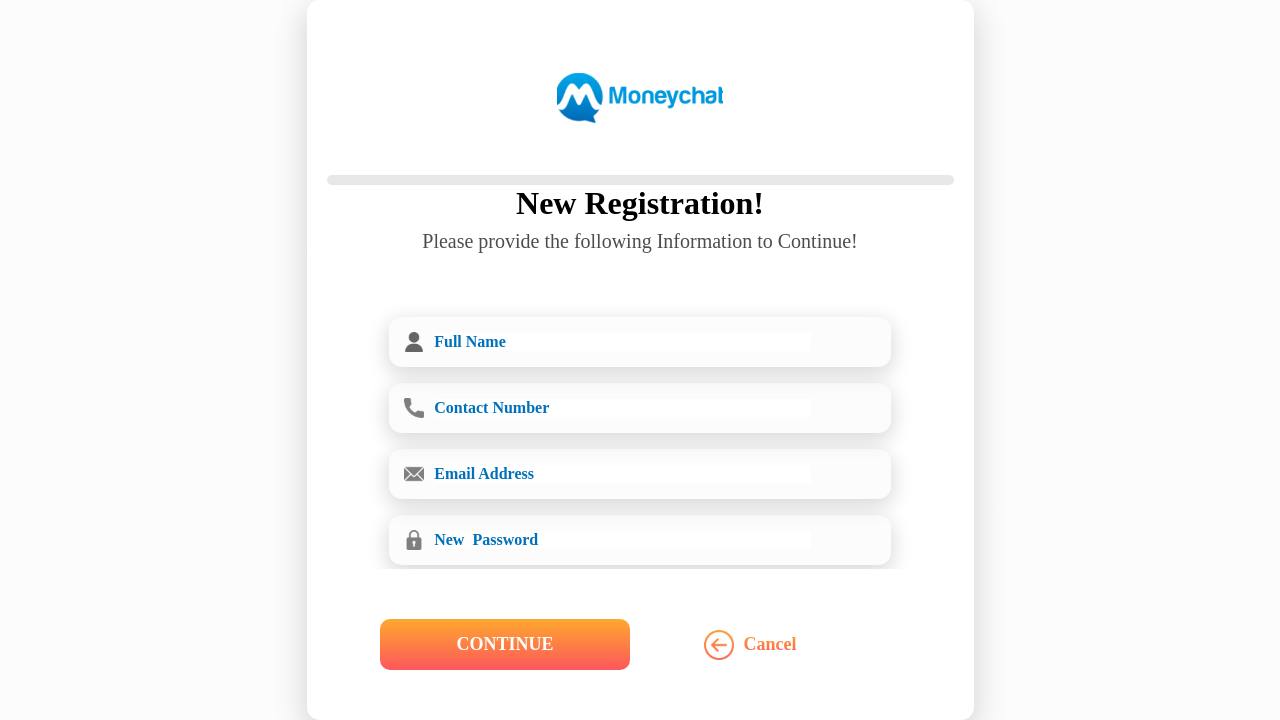
Repository: FlyweisReact/Money-Chat
Page: /register
An editor plug-in stored every save of this project. The page is shown before and after the next save, followed by the edit.
The browser window is 1280 px wide. The pictures show the whole page.
The project was rebuilt for these pictures with package versions that can differ from the ones it lists, and the page was loaded fresh each time. Also part of the build but not shown: src/forms/Login.jsx.

Above is the page before, as saved 2023-11-29 15:07:39.

### src/index.js
import React from "react";
import ReactDOM from "react-dom/client";
import "./index.css";
import App from "./App";
import { BrowserRouter } from "react-router-dom";
import 'bootstrap/dist/css/bootstrap.min.css'
// Commit Changes
const root = ReactDOM.createRoot(document.getElementById("root"));
root.render(
  <React.StrictMode>
    <BrowserRouter>
      <App />
    </BrowserRouter>
  </React.StrictMode>
);

### src/index.css
/** @format */

@tailwind base;
@tailwind components;
@tailwind utilities;

body {
  margin: 0;
  font-family: Quicksand !important;
  -webkit-font-smoothing: antialiased;
  -moz-osx-font-smoothing: grayscale;
}

code {
  font-family: Quicksand !important;
}

html {
  font-family: Quicksand !important;
}

::-webkit-scrollbar {
  width: 10px;
}
.fa-trash {
  color: red;
  cursor: pointer;
}

.iCOn {
  transition: 0.5s;
  box-shadow: none;
  transform: scale(1);
}
.cardDiv {
  cursor: pointer;
  width: 350px;
}
.CardDiv_Container {
  display: flex;
  flex-wrap: wrap;
  justify-content: center;
}

.cardDiv:hover .iCOn {
  box-shadow: rgba(0, 0, 0, 0.35) 0px 5px 15px;
  transform: scale(1.3);
}

/* Track */
::-webkit-scrollbar-track {
  background: #f1f1f1;
}

/* Handle */
::-webkit-scrollbar-thumb {
  background: #888;
}

/* Handle on hover */
::-webkit-scrollbar-thumb:hover {
  background: #555;
}
.profileImage {
  width: 100px;
}
.fa-eye {
  color: #029aff;
  cursor: pointer;
}
.fa-edit {
  cursor: pointer;
  color: blue;
}

.View {
  border: 1px solid black;
  width: 100%;
  padding: 10px;
}

.main-card--container {
  display: grid;
  grid-template-columns: repeat(3, minmax(300px, 500px));
  grid-gap: 50px;
  justify-content: space-around;
}
.card-container {
  margin: 25px 0 auto;
  box-shadow: rgba(0, 0, 0, 0.35) 0px 5px 15px;
  position: relative;
  display: grid;
  grid-template-columns: 1fr;
  justify-content: space-around;
  align-items: flex-start;
}

.myEdit:focus {
  box-shadow: rgba(0, 0, 0, 0.35) 0px 5px 15px;
}

.AstroLogin {
  color: #fff;
  background-color: #2b7a8e;
  padding: 10px;
  width: 380px;
  text-align: center;
  font-size: 20px;
  background: linear-gradient(to left, #2b7a8e 50%, #fff 50%) right;
  background-size: 200%;
  transition: 0.5s ease-out;
  border: 1px solid #2b7a8e;
  margin-top: 10px;
  text-transform: uppercase;
}
.AstroLogin:hover {
  background-position: left;
  color: #2b7a8e;
}

.EcommerceAdminLogin {
  color: #fff;
  background-color: #0c0c0c;
  padding: 10px;
  width: 380px;
  text-align: center;
  font-size: 20px;
  background: linear-gradient(to left, #0c0c0c 50%, #fff 50%) right;
  background-size: 200%;
  transition: 0.5s ease-out;
  border: 2px solid #0c0c0c;
  margin-top: 10px;
  text-transform: uppercase;
}

.EcommerceAdminLogin:hover {
  background-position: left;
  color: #0c0c0c;
  font-weight: bold;
}
.EcommerceVendorLogin {
  color: #fff;
  background-color: #576cbc;
  padding: 10px;
  width: 380px;
  text-align: center;
  font-size: 20px;
  background: linear-gradient(to left, #576cbc 50%, #fff 50%) right;
  background-size: 200%;
  transition: 0.5s ease-out;
  border: 1px solid #576cbc;
  margin-top: 10px;
  text-transform: uppercase;
}

.EcommerceVendorLogin:hover {
  background-position: left;
  color: #576cbc;
}

.view {
  background-color: #2196f3;
  color: #fff;
  width: 50%;
  padding: 5px;
}

.two-sec {
  display: flex;
  justify-content: space-evenly;
  justify-content: space-evenly;
}
.two-sec .left {
  width: 60%;
  background-color: #f6f1ef;
  padding: 20px;
}
.two-sec .left .head {
  font-size: 25px;
  font-weight: bold;
}

.two-sec .right {
  width: 30%;
  background-color: #f6f1ef;
}

.searchDiv {
  width: 100%;
  display: flex;
  gap: 10px;
  border: 1px solid rgb(179, 179, 179);
  padding: 10px;
  margin-bottom: 20px;
  align-items: center;
}
.searchDiv input {
  width: 94%;
  outline: none;
  border: none;
}

.flexCont {
  display: flex;
  align-items: center;
  gap: 10px;
}
.flexCont img {
  width: 60px;
  background-color: #e9ecef;
}

.blockContent {
  display: block;
}
.blockContent p {
  margin: 0;
}

.checkBox {
  width: 50px;
  height: 25px;
  background-color: #e9ecef;
  border-radius: 50px;
  position: relative;
  cursor: pointer;
}
.checkBox span {
  width: 20px;
  height: 20px;
  border-radius: 100%;
  background-color: #fff;
  position: absolute;
  left: 5px;
  top: 2px;
}
.ActivecheckBox {
  width: 50px;
  height: 25px;
  background-color: #0d6efd;
  border-radius: 50px;
  position: relative;
  cursor: pointer;
}
.ActivecheckBox span {
  width: 20px;
  height: 20px;
  border-radius: 100%;
  background-color: #fff;
  position: absolute;
  right: 5px;
  top: 2px;
}

.fa-eye {
  color: #0cba73;
  background-color: #d6f8e8;
  width: 35px;
  text-align: center;
  height: 35px;
  display: flex;
  border-radius: 100%;
  justify-content: center;
  padding-top: 10px;
  transition: 0.5s;
}

.fa-pen-to-square {
  color: #f4c39c;
  background-color: #ffebdb;
  width: 35px;
  text-align: center;
  height: 35px;
  display: flex;
  border-radius: 100%;
  justify-content: center;
  padding-top: 10px;
  cursor: pointer;
  transition: 0.5s;
}
.fa-trash {
  color: #df939f;
  background-color: #ffe1e8;
  width: 35px;
  text-align: center;
  height: 35px;
  display: flex;
  border-radius: 100%;
  justify-content: center;
  padding-top: 10px;
  cursor: pointer;
  transition: 0.5s;
}
.fa-trash:hover {
  transform: scale(1.2);
}
.fa-eye:hover {
  transform: scale(1.2);
}
.fa-pen-to-square:hover {
  transform: scale(1.2);
}
.required {
  color: #e74260;
}

.headP {
  /* font-weight: 600; */
  /* font-size: 25px; */
  color: #7b7c7d;
}
.filterBox {
  display: flex;
  align-items: center;
  gap: 10px;
  border-bottom: 1px solid #d4d7dc;
  padding-bottom: 20px;
  margin-bottom: 20px;
}
.filterBox img {
  width: 30px;
}
.filterBox input {
  width: 100%;
  border: 1px solid #d4d7dc;
  outline: none;
  padding: 5px;
  color: black;
  text-transform: capitalize;
}
.sectionCont {
  /* width: 98%; */
  background-color: #fff;
  /* margin-left: 2%; */
  padding: 20px;
}

.overFlowCont {
  width: 100%;
  overflow-x: auto;
}

.logo {
  width: 100px;
  margin-bottom: 20px;
}

.updateProfile {
  margin-left: 20px;
  border: 1px solid #fff;
  border-radius: 100%;
  font-size: 1.2rem;
  padding: 10px;
  transition: 0.5s;
  cursor: pointer;
}
.updateProfile:hover {
  border: 1px solid #19376d;
  color: #19376d;
  background-color: #fff;
}

.Normalbtn {
  background-color: #19376d !important;
  border: 1px solid #19376d !important;
  border-radius: 0px !important;
}

.ImageCarousel {
  width: 150px !important;
  margin: 0px !important;
  height: 150px !important;
}
.CarouselImages {
  width: 60px;
  height: auto;
}
.CarouselImages img {
  width: 100% !important;
  height: 100% !important;
}

.ModalCarousel {
  width: 100% !important;
  height: 500px !important;
}
.ModalCarousel {
  width: 100% !important;
  height: 500px !important;
}
.ModalCarousel img {
  width: 100% !important;
  height: 500px !important;
}

.gridCont {
  display: grid;
  grid-template-columns: auto auto auto;
  justify-content: space-evenly;
}
.gridCont div {
  width: 400px;
  height: 300px;
  box-shadow: rgba(0, 0, 0, 0.35) 0px 5px 15px;
  padding: 10px;
  position: relative;
  margin-top: 20px;
}
.gridCont div img {
  width: 100%;
}
.delete-Btn {
  width: 90%;
  margin-left: 2%;
  color: #c44b3f;
  border: 1px solid #c44b3f;
  position: absolute;
  bottom: 10px;
  transition: 0.5s;
  padding: 10px;
}

.delete-Btn:hover {
  background-color: #c44b3f;
  color: #fff;
}

.BannerCarousel {
  width: 300px;
  margin: 0px !important;
}
.BannerCarouselImage {
  width: 300px;
}
.BannerCarouselImage img {
  width: 100%;
}

.pagination {
  display: flex;
  justify-content: center;
  align-items: center;
  gap: 10px;
  margin-bottom: 20px;
}
.pagination button {
  border: 1px solid black;
  padding: 10px;
}

.activePage {
  background-color: #19376d;
  color: #fff;
  border: 1px solid #19376d !important;
}

.active {
  background-color: #fff;
  color: #19376d !important;
}
.prevBtn {
  background-color: #fff;
  color: #19376d;
  border: 1px solid #19376d !important;
  transition: 0.5s;
}

.prevBtn:hover,
.prevBtn:focus,
.prevBtn:active {
  background-color: #19376d;
  color: #fff;
  border: 1px solid #19376d !important;
}
.nextBtn {
  background-color: #fff;
  color: #19376d;
  border: 1px solid #19376d !important;
  transition: 0.5s;
}

.nextBtn:hover,
.nextBtn:focus,
.nextBtn:active {
  background-color: #19376d;
  color: #fff;
  border: 1px solid #19376d !important;
}

.dangerBox {
  position: relative;
}
.dangerBox i {
  position: absolute;
  top: 50%;
  left: 90%;
  transform: translate(-50%, -50%);
  cursor: pointer;
}

.centerImage {
  max-width: 300px;
}
.img-cont {
  display: flex;
  gap: 40px;
  /* justify-content: center; */
  align-items: center;
}

/* ============== user data styling =========*/

.ud2 {
  display: flex;
  justify-content: space-between;
  margin-top: 20px;
}
.ud3 {
  width: 49%;
}
.ud4 {
  width: 49%;
}

.ud4 button {
  background: #c44b3f;
  width: 50%;
  height: 40px;
  border-radius: 4px;
  border: none;
  color: #fff;
}

/* ============ single order styling ================*/

#pdfGen {
  margin: 20px;
}
#pdfGen .Heading-Container {
  display: flex;
  align-items: center;
}
#pdfGen .Heading-Container img {
  width: 100px;
}
#pdfGen .Heading-Container .content {
  width: 80%;
  text-align: center;
}
#pdfGen .Heading-Container .content h2 {
  margin: 0;
  font-weight: bold;
  font-size: 25px;
}
#pdfGen .Heading-Container .content p {
  margin: 0;
  font-size: 14px;
  font-weight: 600;
  color: #a8a1a1;
}

.two-cont {
  display: flex;
  justify-content: space-between;
  padding-top: 10px;
  gap: 20px;
}
.two-cont p {
  margin: 0;
}
.two-cont .left {
  width: 40%;
}
.two-cont .left h6 {
  font-size: 14px;
  font-weight: bold;
}
.two-cont .left .box {
  border: 2px solid black;
  width: 100%;
  padding: 8px;
}
.two-cont .left .box p {
  font-size: 15px;
}
.two-cont .left .box .strong {
  font-weight: bold;
}
.two-cont .left .box p {
  font-weight: 600;
}
.two-cont .right {
  width: 60%;
  border: 2px solid black;
  padding: 10px;
}
.two-cont .right table {
  width: 100%;
  table-layout: fixed;
}
.two-cont .right td {
  font-weight: 900 !important;
  padding: 5px;
}
.bordererd {
  border-right: 2px solid black;
}
#pdfGen .empty {
  background-color: #000;
  height: 2px;
  margin-top: 20px;
}

#pdfGen {
  min-height: 100vh;
  display: flex;
  justify-content: space-between;
  flex-direction: column;
}

#pdfGen .Table {
  width: 100%;
  margin-top: 20px;
}
#pdfGen .Table tbody tr {
  border: 1px solid black;
}
#pdfGen .Table tbody tr td {
  padding: 5px;
  padding-bottom: 10px;
}

#pdfGen .Main_Table {
  display: flex;
  justify-content: flex-end;
  align-items: center;
  padding-top: 10px;
  gap: 50px;
  align-items: center;
}
#pdfGen .Main_Table p {
  font-weight: 900;
}

#pdfGen .below_Div .four-sec {
  display: flex;
  justify-content: space-evenly;
  border-top: 2px solid black;
  border-bottom: 2px solid black;
  padding: 4px;
}
#pdfGen .below_Div .four-sec p {
  margin: 0;
  font-size: 13px;
  text-align: center;
}
#pdfGen .below_Div .four-sec .stronger {
  font-weight: bold;
}

#pdfGen .below_Div .big_Head {
  font-size: 25px;
  background-color: #85827b;
  text-align: center;
  font-weight: bold;
  color: #fff;
  padding: 0;
  margin: 0;
  padding-bottom: 10px;
}
#pdfGen .below_Div .text-cont p {
  margin: 0;
  font-weight: 700;
  font-size: 14px;
  color: #85827b;
}
#pdfGen .below_Div .text-cont {
  text-align: center;
}
#pdfGen .below_Div .text-cont h5 {
  margin: 0;
  font-weight: 900;
}

.so2 {
  width: 100%;
}

.so4 {
  display: flex;
  justify-content: space-between;
}
.so4 p {
  margin: 0;
}

.searchByDate {
  display: flex;
  align-items: center;
  gap: 10px;
  border-bottom: 1px solid #d4d7dc;
  padding-bottom: 20px;
  margin-bottom: 20px;
  flex-wrap: wrap;
  justify-content: space-between;
}
.searchByDate div {
  width: 45%;
  display: flex;
  gap: 20px;
  align-items: center;
}
.searchByDate input {
  border: 1px solid #d4d7dc;
  width: 80%;
  padding: 10px;
  outline: none;
}

.so5 {
  margin-top: 20px;
  width: 98;
  margin-left: 1%;
}

.so5 table {
  width: 100%;
}
.so5 table th,
td {
  font-size: 13px;
  font-weight: 600;
}
.so6 {
  margin-top: 40px;
  margin-left: 65%;
  width: 30%;
}

.so7 {
  display: flex;
  justify-content: space-between;
  width: 80%;
}
.so7 p {
  margin: 0;
}

.downloadBtn {
  background: #0cba73;
  height: 40px;
  color: #fff;
  border-radius: 4px;
  padding: 10px;
}

.Info_Box p {
  margin: 0;
}
.Info_Box .title {
  margin-bottom: 5px;
  font-size: 20px;
  font-weight: 700;
}
.Info_Box .desc {
  border: 1px solid #ced4da;
  padding: 10px;
  border-radius: 5px;
}

.Desc-Container p.title {
  margin-bottom: 0.5rem;
}
.Desc-Container p.desc {
  display: block;
  width: 100%;
  padding: 0.375rem 0.75rem;
  font-size: 1rem;
  font-weight: 400;
  line-height: 1.5;
  color: #212529;
  border: 1px solid #ced4da;
  border-radius: 0.375rem;
  background-color: #e9ecef;
  overflow-wrap: anywhere;
}

.Schedule_Enquiry_Modal {
  background-color: rgb(10, 72, 173);
  color: #fff;
}
.Schedule_Enquiry_Modal .close_btn {
  display: flex;
  justify-content: space-between;
  align-items: center;
}
.Schedule_Enquiry_Modal .close_btn h4 {
  margin: 0;
}
.Schedule_Enquiry_Modal .close_btn i {
  font-size: 20px;
  cursor: pointer;
}

.searchByDate select {
  border: 1px solid #d4d7dc;
  padding: 10px;
  outline: none;
}

/*Chat  */
.chat {
  display: flex;
  gap: 40px;
  align-items: flex-start;
}
.chat .sidebar {
  flex: 0 0 30%;
  max-width: 30%;
  border: 1px solid #ddd;
}
.chat .menu-list .container {
  display: flex;
  gap: 10px;
  align-items: center;
  cursor: pointer;
  border-top: 1px solid #ddd;
  height: 72px;
}
.chat .menu-list .container:hover {
  background-color: #f0f2f5;
}
.chat .menu-list .container.active {
  background-color: #f0f2f5;
}
.chat .menu-list .container:first-child {
  border: none;
}
.chat .menu-list .container img {
  width: 49px;
  height: 49px;
  border-radius: 100%;
  vertical-align: middle;
}
.chat .menu-list .container p {
  font-size: 20px;
  font-weight: 700;
  margin: 0;
  padding-right: 15px;
}

.chat .content {
  flex: 70%;
  max-width: 70%;
}
.chat .chat-box {
  border: 1px solid #ddd;
  padding: 20px;
}
.chat .chat-box .ttt {
  max-height: 500px;
  overflow-y: scroll;
  padding: 20px;
}
.chat .chat-box .img-container {
  display: flex;
  gap: 10px;
  align-items: center;
  cursor: pointer;
  margin-top: 10px;
}
.chat .chat-box .img-container img {
  width: 30px;
  height: 30px;
  border-radius: 100%;
  vertical-align: middle;
}
.chat .chat-box .img-container span {
  font-size: 12px;
  font-weight: 700;
  margin: 0;
}
.chat .chat-box .img-container span .date {
  margin-left: 10px;
}

.chat .chat-box .text {
  font-size: 16px;
  margin: 0;
  padding-top: 10px;
  width: 100%;
}

.chat .chat-box .right {
  display: flex;
  flex-direction: column;
  gap: 5px;
  text-align: right;
}
.chat .chat-box .right .img-container {
  flex-direction: row-reverse;
}

.chat .chat-box .send_button {
  display: flex;
  gap: 20px;
  align-items: center;
  margin-top: 20px;
}

.chat .chat-box .send_button button {
  width: 150px;
  background-color: #1a949f;
  padding: 10px;
  color: #fff;
}
.chat .chat-box .send_button input {
  width: 100%;
  outline: none;
  border: 1px solid #000;
  padding: 10px;
  border-radius: 5px;
}

/* New Code */
.Login_screen {
  background: linear-gradient(
      0deg,
      rgba(238, 238, 238, 0.2) 0%,
      rgba(238, 238, 238, 0.2) 100%
    ),
    #fff;
  display: flex;
  flex-direction: column;
  justify-content: center;
  align-items: center;
  width: 100%;
  height: 100vh;
}
.Login_screen .Login_Container {
  max-width: 667px;
  max-height: 785px;
  width: 100%;
  height: 100%;
  border-radius: 13px;
  background: #fff;
  box-shadow: 0px 10px 30px 3px rgba(0, 0, 0, 0.15);
  padding: 20px;
  padding-bottom: 50px;
  display: flex;
  flex-direction: column;
  justify-content: center;
}
.Login_screen .Login_Container .logo {
  display: block;
  margin: auto;
  width: 166px;
}
.Login_screen .Login_Container .description h6 {
  color: #000;
  text-align: center;
  font-size: 32px;
  font-style: normal;
  font-weight: 700;
  line-height: normal;
}

.Login_screen .Login_Container .description p {
  color: rgba(0, 0, 0, 0.7);
  text-align: center;
  font-size: 20px;
  font-style: normal;
  font-weight: 400;
  line-height: normal;
}

.Login_Container .input_container {
  margin-bottom: 50px;
  max-height: 300px;
  overflow-y: scroll;
}
.Login_Container .input_group {
  display: flex;
  gap: 10px;
  align-items: center;
  border-radius: 13px;
  background: rgba(238, 238, 238, 0.2);
  box-shadow: 0px 6px 20px 2px rgba(0, 0, 0, 0.15);
  padding: 15px;
  width: 80%;
  margin: auto;
}
.Login_Container .input_group img {
  width: 20px;
}
.Login_Container .input_group input {
  outline: none;
  border: none;
  color: #0070bc;
  font-size: 16px;
  font-style: normal;
  font-weight: 500;
  line-height: normal;
  font-weight: 600;
  width: 80%;
}
.Login_Container .input_group input::placeholder {
  color: #0070bc;
  font-weight: 600;
}

.Login_Container .login_btn {
  max-width: 250px;
  width: 100%;
  display: block;
  margin: auto;
  margin-top: 40px;
  color: #fff;
  text-align: center;
  font-size: 18px;
  font-style: normal;
  font-weight: 600;
  line-height: normal;
  border-radius: 10px;
  background: linear-gradient(180deg, #fea82f 0%, #fd575b 100%);
  padding: 15px;
}

.Login_Container .create_new {
  display: flex;
  justify-content: center;
  gap: 20px;
  align-items: center;
  margin-top: 50px;
}

.Login_Container .create_new .item {
  display: flex;
  gap: 10px;
  align-items: center;
  width: 300px;
  justify-content: center;
}
.Login_Container .create_new .item img {
  width: 20px;
}
.Login_Container .create_new .item span {
  color: rgba(0, 0, 0, 0.7);
  text-align: center;
  font-size: 16px;
  font-style: normal;
  font-weight: 600;
  line-height: normal;
}

.Login_Container .create_new .item:first-child {
  border-right: 2px solid #000;
  padding-right: 10px;
}

.Login_Container a {
  text-decoration: none;
}

.Login_Container .button_container {
  display: flex;
  justify-content: space-between;
  align-items: center;
  gap: 20px;
}
.Login_Container .button_container button {
  max-width: 250px;
  width: 100%;
  display: block;
  margin: auto;
  color: #fff;
  text-align: center;
  font-size: 18px;
  font-style: normal;
  font-weight: 600;
  line-height: normal;
  border-radius: 10px;
  background: linear-gradient(180deg, #fea82f 0%, #fd575b 100%);
  padding: 15px;
}

.Login_Container .button_container .cancel {
  max-width: 250px;
  width: 100%;
  display: flex;
  gap: 10px;
  align-items: center;
}
.Login_Container .button_container .cancel a {
  font-size: 18px;
  font-style: normal;
  font-weight: 700;
  line-height: normal;
  text-decoration-line: underline;
  background: linear-gradient(180deg, #fea82f 0%, #fd575b 100%);
  background-clip: text;
  -webkit-background-clip: text;
  -webkit-text-fill-color: transparent;
}
.Login_Container .button_container .cancel img {
  width: 30px;
}

.Login_Container .progress_bar {
  border-radius: 10px;
  background: rgba(196, 196, 196, 0.4);
  width: 100%;
  height: 10px;
}

### src/App.js
/** @format */

import { Routes, Route } from "react-router-dom";
import { ToastContainer } from "react-toastify";
import "react-toastify/dist/ReactToastify.css";
import Login from "./forms/Login";
import Regestration from "./forms/Regestration";

function App() {
  return (
    <>
      <ToastContainer
        autoClose={5000}
        hideProgressBar={false}
        newestOnTop={false}
        closeOnClick
        rtl={false}
        pauseOnFocusLoss
        draggable
        pauseOnHover
      />

      <Routes>
        <Route path="/" element={<Login />} />
        <Route path="/register" element={<Regestration />} />
      </Routes>
    </>
  );
}

export default App;

### src/forms/Regestration.js
/** @format */

import { Link } from "react-router-dom";
import logo from "../Images/logo.png";

const Regestration = () => {
  return (
    <div className="Login_screen">
      <form className="Login_Container ">
        <img src={logo} alt="" className="logo" />

        <div className="progress_bar">


        </div>

        <div className="description">
          <h6>New Registration! </h6>
          <p>Please provide the following Information to Continue!</p>
        </div>

        <div className="input_container">
          <div className="input_group mt-5">
            <img src="./Image/1.png" alt="" />
            <input type="text" placeholder="Full Name" />
          </div>
          <div className="input_group mt-3">
            <img src="./Image/5.png" alt="" />
            <input type="text" placeholder="Contact Number" />
          </div>
          <div className="input_group mt-3">
            <img src="./Image/6.png" alt="" />
            <input type="text" placeholder="Email Address" />
          </div>
          <div className="input_group mt-3">
            <img src="./Image/7.png" alt="" />
            <input type="text" placeholder="New  Password" />
          </div>
          <div className="input_group mt-3">
            <img src="./Image/8.png" alt="" />
            <input type="text" placeholder="Re - Enter Password" />
          </div>
        </div>

        <div className="button_container">
          <button>CONTINUE</button>
          <div className="cancel">
            <img src="./Image/9.png" alt="" />
            <Link to="/">Cancel</Link>
          </div>
        </div>
      </form>
    </div>
  );
};

export default Regestration;

Loaded but not shown: tailwind.config.js (common file)

After the next save:
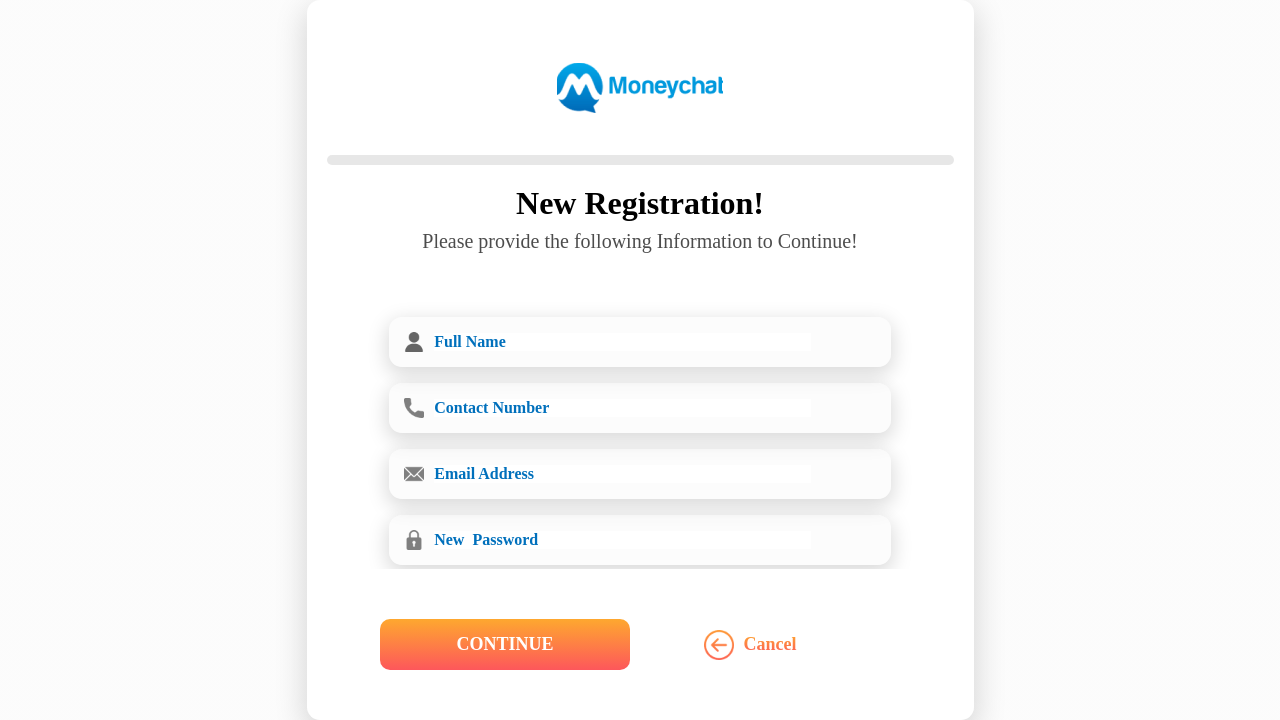
Saved 17 s later.
--- a/src/index.css
+++ b/src/index.css
@@ -1111,4 +1111,5 @@
   background: rgba(196, 196, 196, 0.4);
   width: 100%;
   height: 10px;
-}
+  margin-bottom: 20px;
+}
